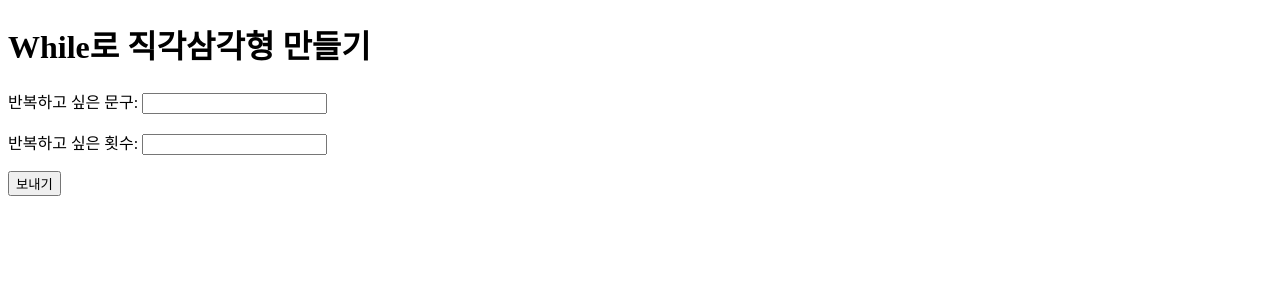
Repository: Ryustam/JSP
Page: http://localhost/jsp_practice/ex_23(whlie2).jsp
The author's editor kept a copy of each file at every save. The page is drawn from the files as they stood at one save, then again after the next save.
The browser window is 1280 px wide. The pictures show the whole page.
The page is served by Tomcat 9. Other server files are loaded and not shown.

Above is the page before, as saved 2021-11-02 02:28:16.

### jsp_practice/src/main/webapp/ex_23(whlie2).jsp
<%@ page language="java" contentType="text/html; charset=EUC-KR"
    pageEncoding="EUC-KR"%>
<!DOCTYPE html>
<html>
<head>
<meta charset="EUC-KR">
<title>Insert title here</title>
</head>
<body>
<h1>While로 직각삼각형 만들기</h1>
<form method="post" action="ex_23(2).jsp">
반복하고 싶은 문구: <input type="text" name="msg" size="20"><p/>
반복하고 싶은 횟수: <input type="text" name="number"> <p/>
<input type="submit" value="보내기">
</form>
</body>
</html>

After the next save:
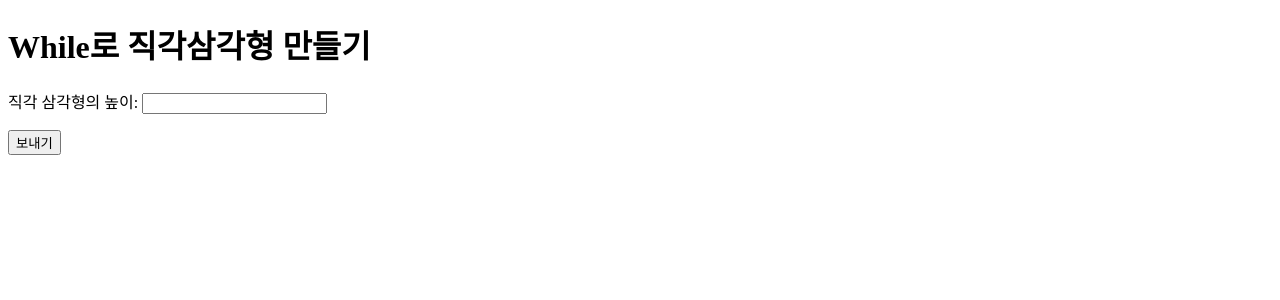
Saved 36 s later.
--- a/jsp_practice/src/main/webapp/ex_23(whlie2).jsp
+++ b/jsp_practice/src/main/webapp/ex_23(whlie2).jsp
@@ -8,9 +8,9 @@
 </head>
 <body>
 <h1>While로 직각삼각형 만들기</h1>
-<form method="post" action="ex_23(2).jsp">
-반복하고 싶은 문구: <input type="text" name="msg" size="20"><p/>
-반복하고 싶은 횟수: <input type="text" name="number"> <p/>
+<form method="post" action="ex_23(while2).jsp">
+직각 삼각형의 높이: <input type="text" name="height"><p/>
+
 <input type="submit" value="보내기">
 </form>
 </body>
